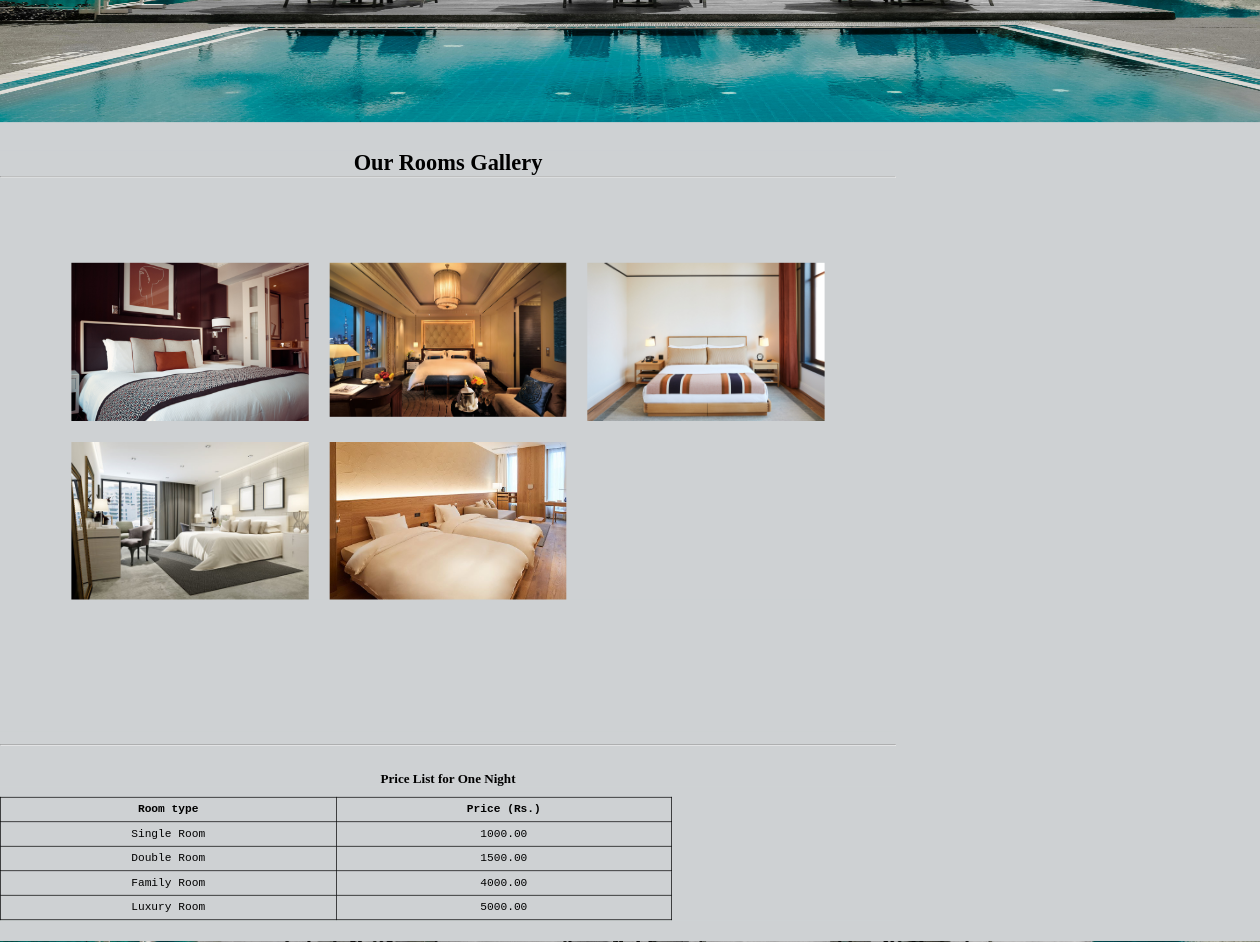
Repository: DhananjayaLakshan/Uom-Web_Design_For_Beginners
Page: Final Assignment/index.html
The author's editor kept a copy of each file at every save. The page is drawn from the files as they stood at one save, then again after the next save.
The browser window is 1280 px wide. The page is 1800 px wide, so the pictures cover 1800 px, including what lies to the right of the window. The pictures show the part of the page from y = 538 to 1898 px (the page is 1883 px tall before and 1898 px after), at 70% of full size.

Above is the page before, as saved 2023-11-29 15:01:42.

After the next save:
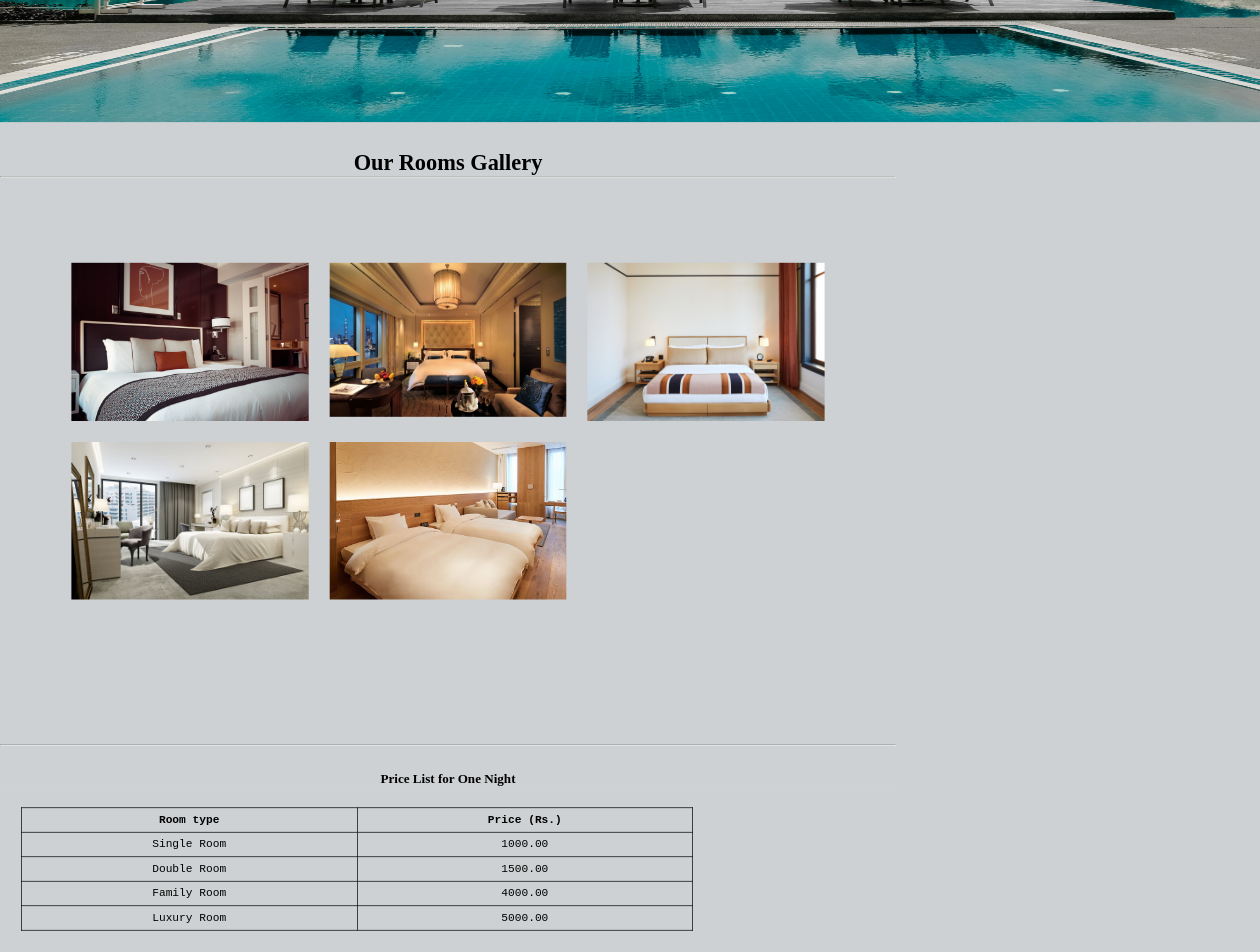
Saved 46 s later.
--- a/Final Assignment/style.css
+++ b/Final Assignment/style.css
@@ -103,8 +103,7 @@ background-color:black;
 }
 
 table{
-    margin-top: 15px;
-    margin-bottom: 30px;
+    margin: 30px;
     width: 75%;
     font-family: 'Courier New', Courier, monospace;
     border-collapse: collapse;
